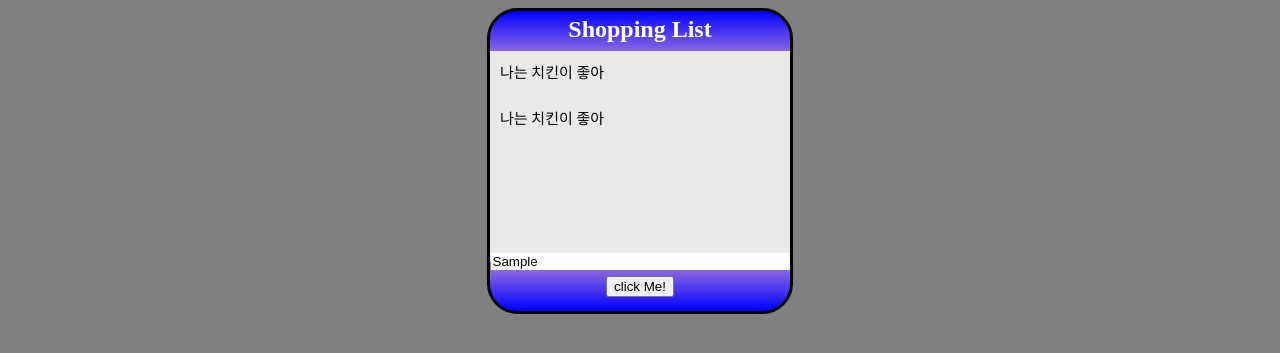
Repository: DevMinwoo-Jung/JavaScript101
Page: WebApIs/shoppingApp/index.html
These files come from the project's save history. The page is drawn as it stood at one moment and after the next save; the edit follows.
The browser window is 1280 px wide. The pictures show the whole page.
Empty fields were first filled with sample values (such as "Sample", 5 or name@example.com).
After loading, the first visible `button.addItem` was clicked once.

Above is the page before, as saved 2021-06-14 13:04:32.
Console error: TypeError: Failed to execute 'insertAdjacentElement' on 'Element': parameter 2 is not of type 'Element'.

After the next save:
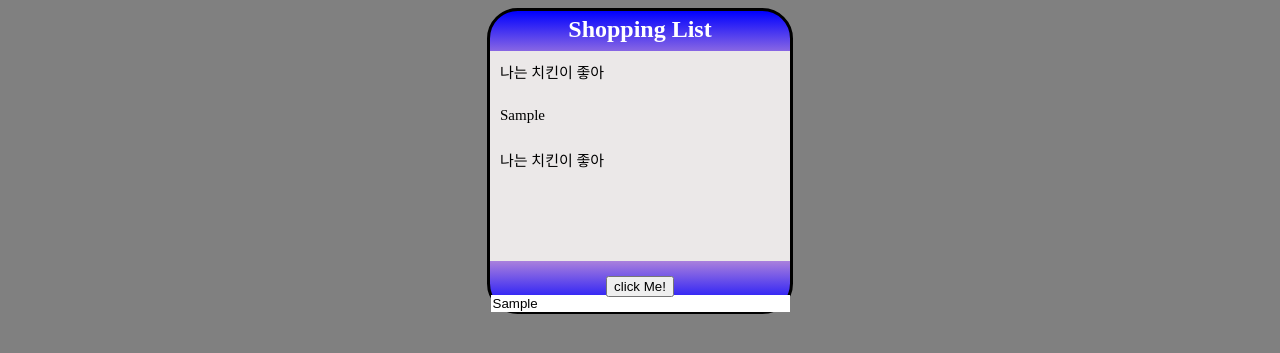
The error is gone.
Saved 32 s later.
--- a/WebApIs/shoppingApp/main.js
+++ b/WebApIs/shoppingApp/main.js
@@ -17,9 +17,7 @@ addButton.addEventListener('click', () => {
   let currentP = document.querySelector('.item__list p');
 
   newP.appendChild(newContent);
-  console.log(newContent);
-  // currentP.parentNode.insertBefore(newP, currentP.nextSibling);
-  currentP.parentNode.insertAdjacentElement('afterend', String(newContent));
+  currentP.parentNode.insertBefore(newP, currentP.nextSibling);
   // console.log(inputValue.value);
   // console.log(currentP);
   // console.log(newP.appendChild(newContent));
